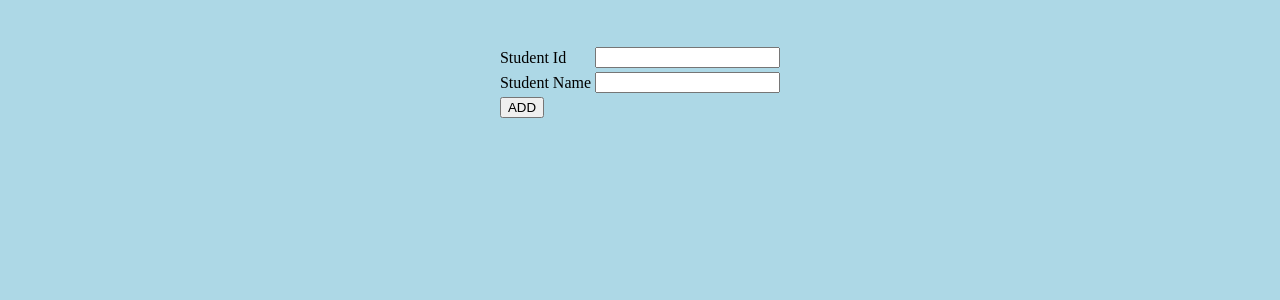
Repository: Shiv-Super-Hero/Spring
Page: DAO-JDBC/app01/src/main/webapp/addform.html
These files come from the project's save history. The page is drawn as it stood at one moment and after the next save; the edit follows.
The browser window is 1280 px wide. The pictures show the whole page.

Above is the page before, as saved 2024-10-04 11:09:28.

After the next save:
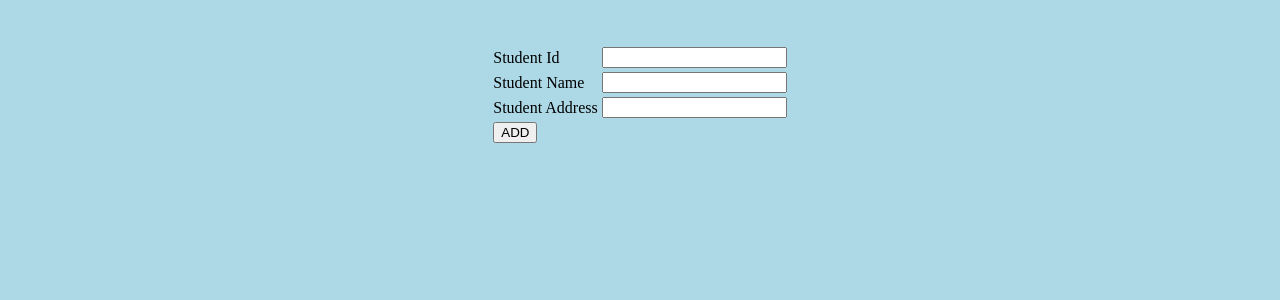
Saved 75 s later.
--- a/DAO-JDBC/app01/src/main/webapp/addform.html
+++ b/DAO-JDBC/app01/src/main/webapp/addform.html
@@ -18,6 +18,10 @@
 	<td><input type="text" name="sname"/></td>
 </tr>
 <tr>
+	<td>Student Address</td>
+	<td><input type="text" name="saddr"/></td>
+</tr>
+<tr>
 	<td><input type="submit" value="ADD"/></td>
 </tr>
 </table>
